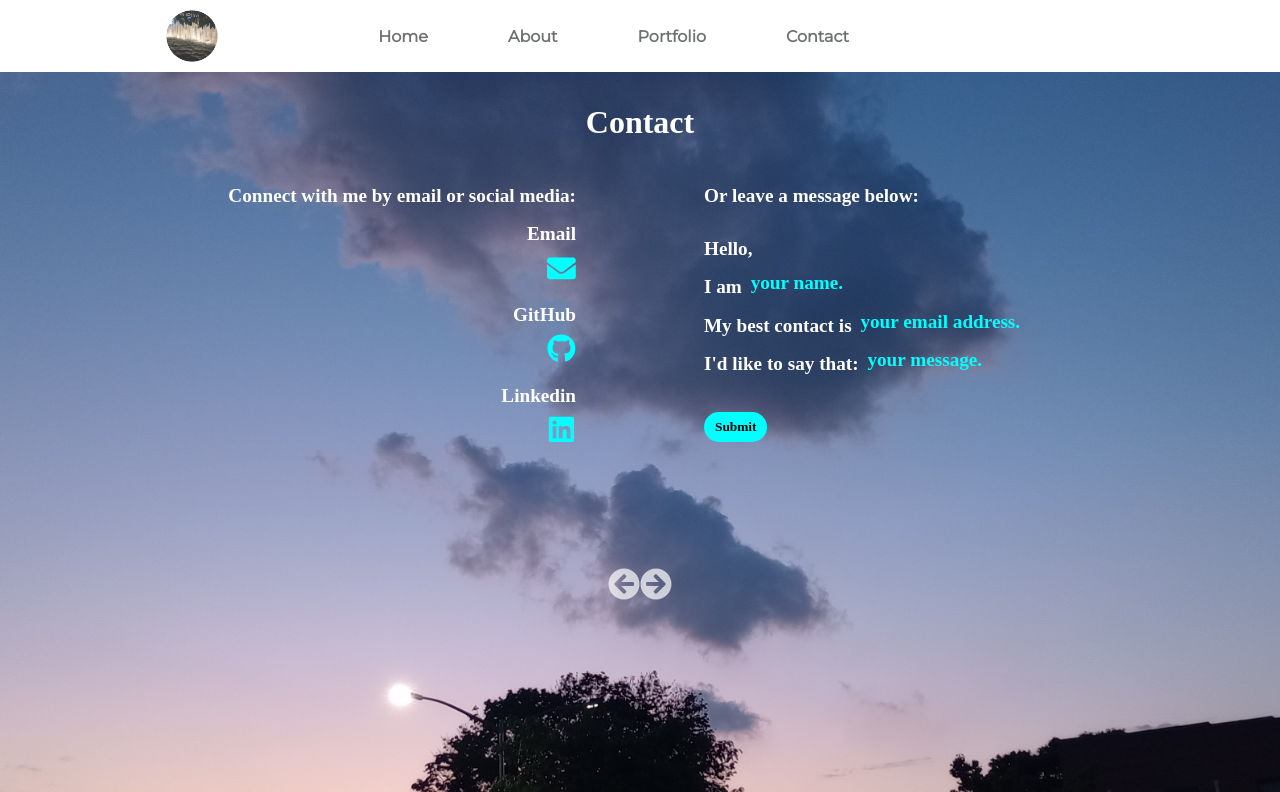
Repository: kosenijr/profile
Page: /contact (app in profile-app/)
An editor plug-in stored every save of this project. The page is shown before and after the next save, followed by the edit.
The browser window is 1280 px wide. The pictures show the whole page.
The first visible `input` has the focus.
The project was rebuilt for these pictures with package versions that can differ from the ones it lists, and the page was loaded fresh each time. Also part of the build but not shown: profile-app/src/styles/Home.css, profile-app/src/components/Home.js, profile-app/src/styles/About.css, profile-app/src/components/About.js, profile-app/src/styles/Portfolio.css, profile-app/src/components/Portfolio.js, profile-app/src/components/PageNotFound.js.

Above is the page before, as saved 2023-10-06 16:38:27.

After the next save:
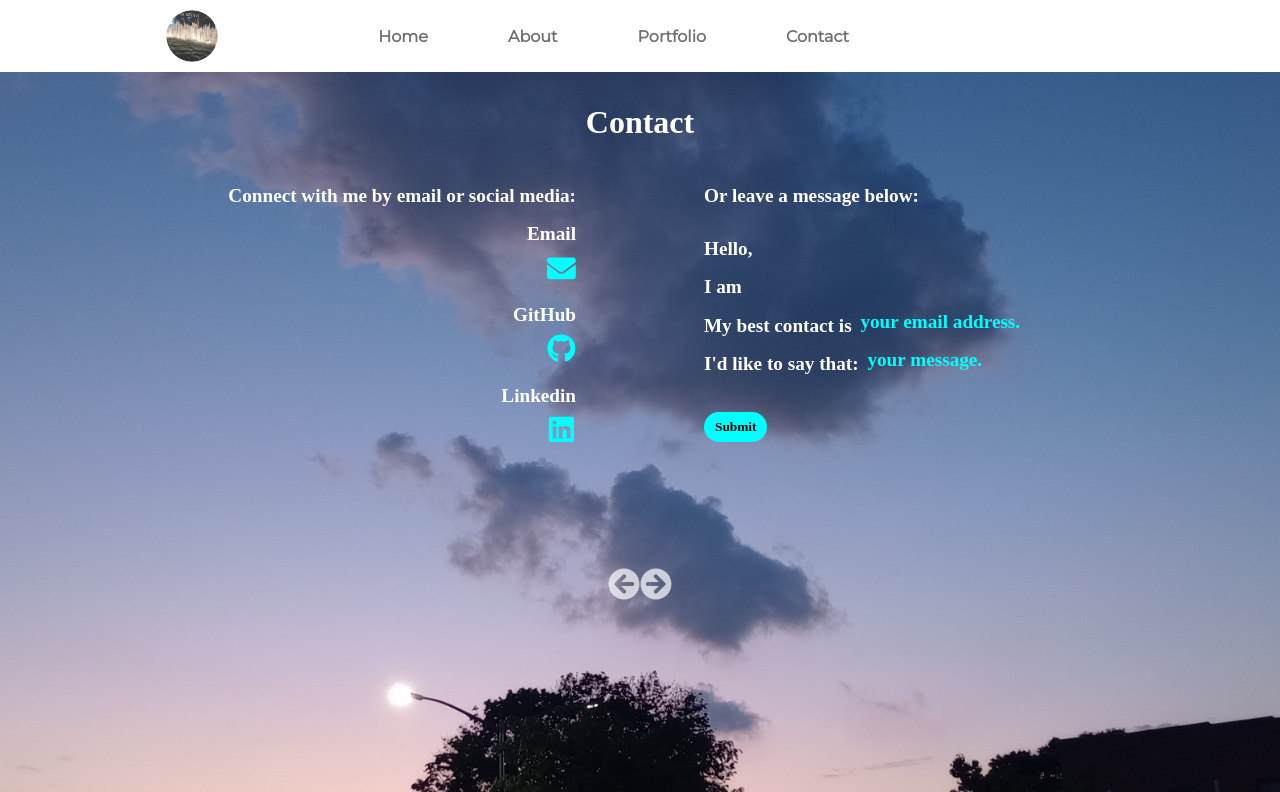
Saved 13 s later.
--- a/profile-app/src/styles/Form.css
+++ b/profile-app/src/styles/Form.css
@@ -71,7 +71,7 @@ input:focus {
 }
 
 input:focus::placeholder {
-  /* color: transparent; */
+  color: transparent;
 }
 
 input {
